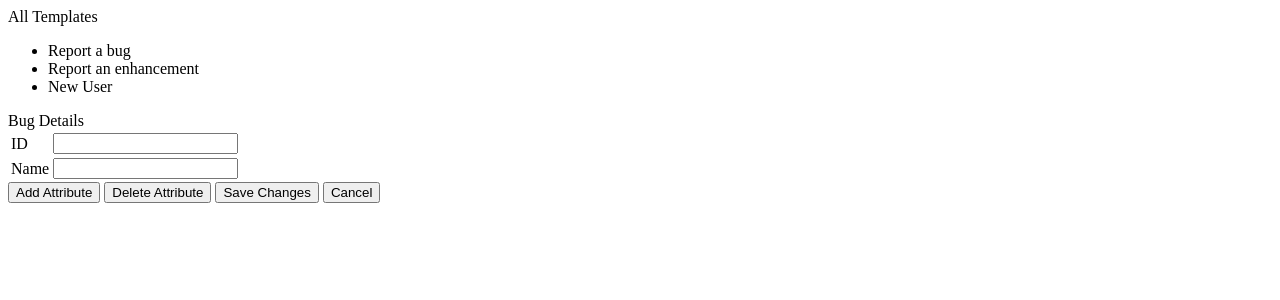
Repository: joliest/MyGits
Page: http://localhost/MiniTracker/Template.jsp
The author's editor kept a copy of each file at every save. The page is drawn from the files as they stood at one save, then again after the next save.
The browser window is 1280 px wide. The pictures show the whole page.
The page is served by Tomcat 9. Other server files are loaded and not shown.

Above is the page before, as saved 2017-12-06 13:00:34.

### Java/Project_JIRA/MiniTracker/WebContent/Template.jsp
<html>
	<head>

	</head>
	<body>
		<p> All Templates </p>
		<ul>
			<li>Report a bug</li>
			<li>Report an enhancement</li>
			<li>New User</li>
		</ul>

		<table>Bug Details
			<tr>
				<td> ID </td>
				<td><input type="text"></td>
			</tr>
			<tr>
				<td> Name </td>
				<td><input type="text"></td>
			</tr>
		</table>

		<input type="button" value="Add Attribute">
		<input type="button" value="Delete Attribute">
		<input type="button" value="Save Changes">
		<input type="button" value="Cancel">

	</body>
</html>

After the next save:
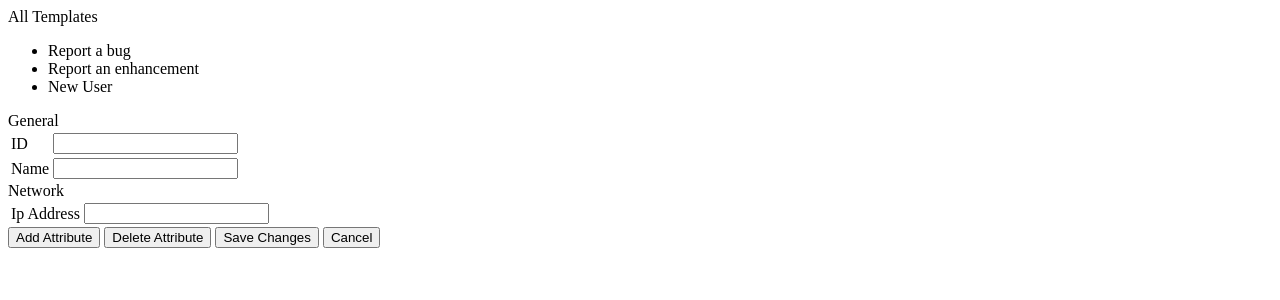
Saved 92 s later.
--- a/Java/Project_JIRA/MiniTracker/WebContent/Template.jsp
+++ b/Java/Project_JIRA/MiniTracker/WebContent/Template.jsp
@@ -10,13 +10,19 @@
 			<li>New User</li>
 		</ul>
 
-		<table>Bug Details
+		<table>General
 			<tr>
 				<td> ID </td>
 				<td><input type="text"></td>
 			</tr>
 			<tr>
 				<td> Name </td>
+				<td><input type="text"></td>
+			</tr>
+		</table>
+		<table>Network
+			<tr>
+				<td> Ip Address </td>
 				<td><input type="text"></td>
 			</tr>
 		</table>
